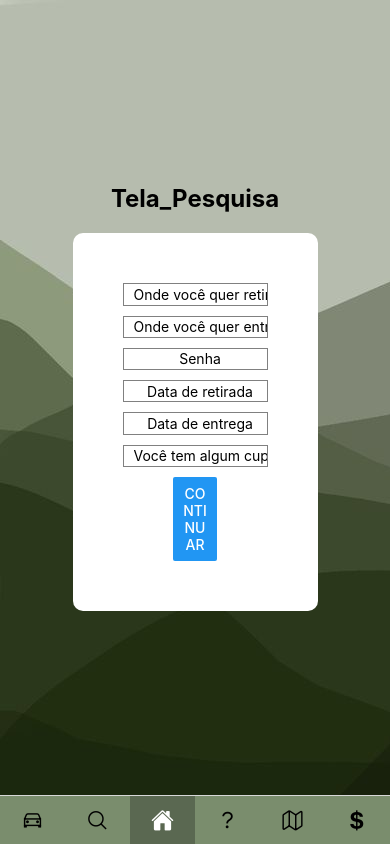
Repository: GabrielAron/EcoWheels
Page: /Home
The author's editor kept a copy of each file at every save. The page is drawn from the files as they stood at one save, then again after the next save.
The browser window is 390 px wide. The pictures show the whole page.
The app was drawn by React Native's web renderer in a window 390 px wide. The project was rebuilt for these pictures with package versions that can differ from the ones it lists, and the page was loaded fresh each time. Also part of the build but not shown: src/Paginas/Carros/index.js, src/Paginas/Ajuda/index.js, src/Paginas/Mapa/index.js, src/Paginas/Pagamento/pagamento.js.

Above is the page before, as saved 2023-11-24 14:39:37.

### App.js
import React from 'react';
import Routes from './src/Paginas/routes';
import { ReservaProvider } from './src/Paginas/ReservaContext';


function App() {
  return (
    <ReservaProvider>
      <Routes />
    </ReservaProvider>
  );
}

export default App;

### src/Paginas/routes.js
import React from 'react';
import { createBottomTabNavigator } from '@react-navigation/bottom-tabs';
import { NavigationContainer } from '@react-navigation/native';
import { Ionicons } from '@expo/vector-icons';

import Home from './Home';
import Explorar from './Carros';
import Ajuda from './Ajuda';
import Reservas from './Locacoes';
import Recarga from './Mapa';
import Pagamento from './Pagamento/pagamento';

const Tab = createBottomTabNavigator();

export default function Routes() {
  return (
    <NavigationContainer>
      <Tab.Navigator
        tabBarOptions={{
          showLabel: false, // Oculta as etiquetas de texto das guias
          tabBarStyle: {
            position: 'absolute',
            backgroundColor: '#7A8D6D',
            height:700,
          },
          tabStyle: {
            elevation: 0,
          },
          inactiveBackgroundColor: '#7A8D6D',
          activeBackgroundColor: '#5A6851',
        }}
      >
        <Tab.Screen
          name="Reservas"
          component={Reservas}
          options={{
            headerShown: false,
            tabBarIcon: ({ color, size, focused }) => {
              if (focused) {
                return <Ionicons name="md-car" size={23} color="#FFF" />;
              } else {
                return <Ionicons name="md-car-outline" size={23} color="#000000" />;
              }
            },
          }}
        />
        <Tab.Screen
          name="Explorar"
          component={Explorar}
          options={{
            headerShown: false,
            tabBarIcon: ({ color, size, focused }) => {
              if (focused) {
                return <Ionicons name="md-search" size={23} color="#FFF" />;
              } else {
                return <Ionicons name="md-search-outline" size={23} color="#000000" />;
              }
            },
          }}
        />
        <Tab.Screen
          name="Home"
          component={Home}
          options={{
            headerShown: false,
            tabBarIcon: ({ color, size, focused }) => {
              if (focused) {
                return <Ionicons name="md-home" size={23} color="#FFF" />;
              } else {
                return <Ionicons name="md-home-outline" size={23} color="#000000" />;
              }
            },
          }}
        />
        <Tab.Screen
          name="Ajuda"
          component={Ajuda}
          options={{
            headerShown: false,
            tabBarIcon: ({ color, size, focused }) => {
              if (focused) {
                return <Ionicons name="md-help" size={23} color="#FFF" />;
              } else {
                return <Ionicons name="md-help-outline" size={23} color="#000000" />;
              }
            },
          }}
        />
        <Tab.Screen
          name="Recarga"
          component={Recarga}
          options={{
            headerShown: false,
            tabBarIcon: ({ color, size, focused }) => {
              if (focused) {
                return <Ionicons name="md-map" size={23} color="#FFF" />;
              } else {
                return <Ionicons name="md-map-outline" size={23} color="#000000" />;
              }
            },
          }}
        />
         <Tab.Screen
          name="Pagamento"
          component={Pagamento}
          options={{
            headerShown: false,
            tabBarIcon: ({ color, size, focused }) => {
              if (focused) {
                return <Ionicons name="logo-usd" size={23} color="#FFF" />;

              } else {
                return <Ionicons name="logo-usd" size={23} color="#000000" />;
              }
            },
          }}
        />
      </Tab.Navigator>
    </NavigationContainer>
  );
}

### src/Paginas/ReservaContext.js
import React, { createContext, useState } from 'react';

export const ReservaContext = createContext();

export const ReservaProvider = ({ children }) => {
  const [reservas, setReservas] = useState([]);

  return (
    <ReservaContext.Provider value={{ reservas, setReservas }}>
      {children}
    </ReservaContext.Provider>
  );
};

### src/Paginas/Home/index.js
import React from 'react';
import { View, Text, TextInput, Button, StyleSheet, ImageBackground } from 'react-native';
import Fundo from '/imagens/fundoverde.jpg';

export default function App() {
  return (
    <ImageBackground source={Fundo} style={styles.image}>
      <View style={styles.container}>
        <Text style={styles.title}>Tela_Pesquisa</Text>
        <View style={styles.formContainer}>
          <TextInput style={styles.input} placeholder="Onde você quer retirar o carro" />
          <TextInput style={styles.input} placeholder="Onde você quer entregar o carro" />
          <TextInput style={styles.input} placeholder="Senha" secureTextEntry={true} />
          <TextInput style={styles.input} placeholder="Data de retirada" />
          <TextInput style={styles.input} placeholder="Data de entrega" />
          <TextInput style={styles.input} placeholder="Você tem algum cupom de desconto?" />
          <View style={styles.buttonContainer}>
            <Button title="Continuar" onPress={() => {}} />
          </View>
        </View>
      </View>
    </ImageBackground>
  );
}

const styles = StyleSheet.create({
  container: {
    flex: 1,
    justifyContent: 'center',
    padding: 20,
  },
  image: {
    flex: 1,
    resizeMode: 'cover',
    justifyContent: 'center',
  },
  title: {
    fontSize: 24,
    fontWeight: 'bold',
    textAlign: 'center',
    marginBottom: 20,
  },
  input: {
    height: 40,
    borderColor: 'gray',
    borderWidth: 1,
    marginBottom: 10,
    paddingLeft: 10,
    textAlign: 'center',
  },
  formContainer: {
    backgroundColor: 'white',
    borderRadius: 10,
    padding: 50,
    width: '70%',
    height:'50%',
    alignSelf: 'center',
  },
  buttonContainer: {
    width: '30%',
    alignSelf: 'center',
  },
});

### src/Paginas/Locacoes/index.js
import React, { useState, useContext } from 'react';
import { View, Text, ImageBackground, Button, StyleSheet, ScrollView, Modal, Alert } from 'react-native';
import Fundo from '/imagens/fundoverde.jpg';
import { ReservaContext } from '../ReservaContext'; // Atualize o caminho conforme necessário

const Card = ({ id, title, image }) => {
  const [modalVisible, setModalVisible] = useState(false);
  const { reservas, setReservas } = useContext(ReservaContext);
  const [carros, setCarros] = useState([

      { id: 1, title: "QUALIDADE PARA UM CONFORTO E ÓTIMO PASSEIO - Exquisite Cruiser 1.8", image: "https://cdn.leonardo.ai/users/cf8d0bec-5da3-4e6a-aed2-13735b2a6925/generations/a40b4ef5-35ec-4e32-a5ff-cc2ef5e85345/PhotoReal_make_a_background_image_for_a_cell_phone_application_2.jpg?w=512" },
      { id: 2, title: "DESIGN E CONFORTO EM UM - Rider GT 3.0", image: "https://cdn.leonardo.ai/users/cf8d0bec-5da3-4e6a-aed2-13735b2a6925/generations/a40b4ef5-35ec-4e32-a5ff-cc2ef5e85345/PhotoReal_make_a_background_image_for_a_cell_phone_application_3.jpg?w=512" },
      { id: 3, title: "FORÇA PARA DESAFIOS OFF-Road - Viper GT 3.0 ", image: "https://cdn.leonardo.ai/users/cf8d0bec-5da3-4e6a-aed2-13735b2a6925/generations/a0fe3adc-2c2f-4336-bc49-e57599170dd1/PhotoReal_faa_um_hummer_eltrico_novo_andando_por_uma_cidade_3.jpg?w=512" },
      { id: 4, title: "UM CARRO ANTIGO E ESTILOSO PARA OS AMANTES DE CLÁSSICOS - Bentley 1.8", image: "https://cdn.leonardo.ai/users/cf8d0bec-5da3-4e6a-aed2-13735b2a6925/generations/c6457b66-6149-4c4d-8408-99c27071dc1e/PhotoReal_faa_um_carro_eletrico_executivo_andando_por_uma_cida_0.jpg?w=512" },
      { id: 5, title: "UM CARRO VERSÁTIL QUE ATENDE A TODAS AS NECESSIDADES FLEXUS X 1.0", image: "https://cdn.leonardo.ai/users/cf8d0bec-5da3-4e6a-aed2-13735b2a6925/generations/f62f0f84-2ea5-4c9d-a4e3-33ade848f3b2/PhotoReal_make_a_background_image_for_a_cell_phone_application_3.jpg?w=512" },
      { id: 6, title: "UMA OPÇÃO PERFEITA PARA QUEM BUSCA PRATICIDADE E CONFORTO - LUXURY DRIVE 1.6", image: "https://cdn.leonardo.ai/users/cf8d0bec-5da3-4e6a-aed2-13735b2a6925/generations/589507b8-d87b-4a85-b05e-c325ccebd6b6/PhotoReal_make_a_background_image_for_a_cell_phone_application_1.jpg?w=512" },
      { id: 7, title: "UM CARRO ESPORTIVO COM DESEMPENHO DE ALTA POTÊNCIA Vortex GT 5.0", image: "https://fotos-jornaldocarro-estadao.nyc3.cdn.digitaloceanspaces.com/wp-content/uploads/2023/01/13072602/Carro_esportivo.jpg" },
    ]);


  return (
    <View style={styles.card}>
      <ImageBackground source={{ uri: image }} style={styles.image}>
        <View style={styles.content}>
          <Text style={styles.title}>{title}</Text>
          <Button title="Reservar" onPress={() => setModalVisible(true)} />
        </View>
      </ImageBackground>

      <Modal
        animationType="slide"
        transparent={true}
        visible={modalVisible}
        onRequestClose={() => {
          Alert.alert("Modal has been closed.");
          setModalVisible(!modalVisible);
        }}
      >
        <View style={styles.centeredView}>
          <View style={styles.modalView}>
            <Text style={styles.modalText}>Deseja mesmo reservar o carro?</Text>

            <Button
              style={[styles.button, styles.buttonClose]}
              onPress={() => {
                setReservas([...reservas, { id, title, image }]);
                setCarros(carros.filter(carro => carro.id !== id));
                setModalVisible(!modalVisible);
              }}
              title="Sim"
            />
            <Button
              style={[styles.button, styles.buttonCancel]}
              onPress={() => setModalVisible(!modalVisible)}
              title="Não"
            />
          </View>
        </View>
      </Modal>
    </View>
  );
};

export default function Reservas() {
  return (
    <View style={styles.container}>
      <ImageBackground source={Fundo} style={styles.image}>
        <Text style={styles.text}>Carros</Text>
        <View style={styles.cardContainer}>
          <ScrollView showsVerticalScrollIndicator={false}>
            <Card id={1} title="QUALIDADE PARA UM CONFORTO E ÓTIMO PASSEIO - Exquisite Cruiser 1.8" image="https://cdn.leonardo.ai/users/cf8d0bec-5da3-4e6a-aed2-13735b2a6925/generations/a40b4ef5-35ec-4e32-a5ff-cc2ef5e85345/PhotoReal_make_a_background_image_for_a_cell_phone_application_2.jpg?w=512" />
            <Card id={2} title="DESIGN E CONFORTO EM UM - Rider GT 3.0" image="https://cdn.leonardo.ai/users/cf8d0bec-5da3-4e6a-aed2-13735b2a6925/generations/a40b4ef5-35ec-4e32-a5ff-cc2ef5e85345/PhotoReal_make_a_background_image_for_a_cell_phone_application_3.jpg?w=512" />
            <Card id={3} title="FORÇA PARA DESAFIOS OFF-Road - Viper GT 3.0 " image="https://cdn.leonardo.ai/users/cf8d0bec-5da3-4e6a-aed2-13735b2a6925/generations/a0fe3adc-2c2f-4336-bc49-e57599170dd1/PhotoReal_faa_um_hummer_eltrico_novo_andando_por_uma_cidade_3.jpg?w=512" />
            <Card id={4} title="UM CARRO ANTIGO E ESTILOSO PARA OS AMANTES DE CLÁSSICOS - Bentley 1.8" image="https://cdn.leonardo.ai/users/cf8d0bec-5da3-4e6a-aed2-13735b2a6925/generations/c6457b66-6149-4c4d-8408-99c27071dc1e/PhotoReal_faa_um_carro_eletrico_executivo_andando_por_uma_cida_0.jpg?w=512" />
            <Card id={5} title="UM CARRO VERSÁTIL QUE ATENDE A TODAS AS NECESSIDADES FLEXUS X 1.0" image="https://cdn.leonardo.ai/users/cf8d0bec-5da3-4e6a-aed2-13735b2a6925/generations/f62f0f84-2ea5-4c9d-a4e3-33ade848f3b2/PhotoReal_make_a_background_image_for_a_cell_phone_application_3.jpg?w=512" />
            <Card id={6} title="UMA OPÇÃO PERFEITA PARA QUEM BUSCA PRATICIDADE E CONFORTO - LUXURY DRIVE 1.6" image="https://cdn.leonardo.ai/users/cf8d0bec-5da3-4e6a-aed2-13735b2a6925/generations/589507b8-d87b-4a85-b05e-c325ccebd6b6/PhotoReal_make_a_background_image_for_a_cell_phone_application_1.jpg?w=512" />
            <Card id={7} title="UM CARRO ESPORTIVO COM DESEMPENHO DE ALTA POTÊNCIA Vortex GT 5.0" image="https://fotos-jornaldocarro-estadao.nyc3.cdn.digitaloceanspaces.com/wp-content/uploads/2023/01/13072602/Carro_esportivo.jpg" />
          </ScrollView>
        </View>
      </ImageBackground>
    </View>
  );
}


const styles = StyleSheet.create({
  container: {
    flex: 1,
  },
  image: {
    flex: 1,
    resizeMode: 'cover',
    justifyContent: 'center',
  },
  text: {
    color: '#fffbff',
    fontSize: 36,
    position: 'absolute',
    top: 50,
    left: 0,
    right: 0,
    fontWeight: 'bold',
    textAlign: 'center',
  },
  cardContainer: {
    flex: 1,
    alignItems: 'center',
    justifyContent: 'center',
    paddingTop: 200,
    paddingLeft: 75,
  },
  card: {
    width: '90%',
    height: 200,
    marginBottom: 45,
    borderRadius: 10,
    overflow: 'hidden',
  },
  image: {
    flex: 1,
    resizeMode: 'cover',
    justifyContent: 'center',
  },
  content: {
    padding: 10,
    alignItems: 'center',
    justifyContent: 'center',
  },
  title: {
    fontSize: 16,
    fontWeight: 'bold',
    color: '#fffbff',
  },
  overlay: {
    ...StyleSheet.absoluteFillObject,
    backgroundColor: 'rgba(128, 128, 128, 0.5)',
  },
  centeredView: {
    flex: 1,
    justifyContent: "center",
    alignItems: "center",
    marginTop: 22
  },
  modalView: {
    margin: 20,
    backgroundColor: "white",
    borderRadius: 20,
    padding: 35,
    alignItems: "center",
    shadowColor: "#000",
    shadowOffset: {
      width: 0,
      height: 2
    },
    shadowOpacity: 0.25,
    shadowRadius: 4,
    elevation: 5
  },
  button: {
    borderRadius: 20,
    padding: 10,
    elevation: 2
  },
  buttonClose: {
    backgroundColor: "#2196F3",
  },
  buttonCancel: {
    backgroundColor: "#f00",
  },
  modalText: {
    marginBottom: 15,
    textAlign: "center"
  }
});

After the next save:
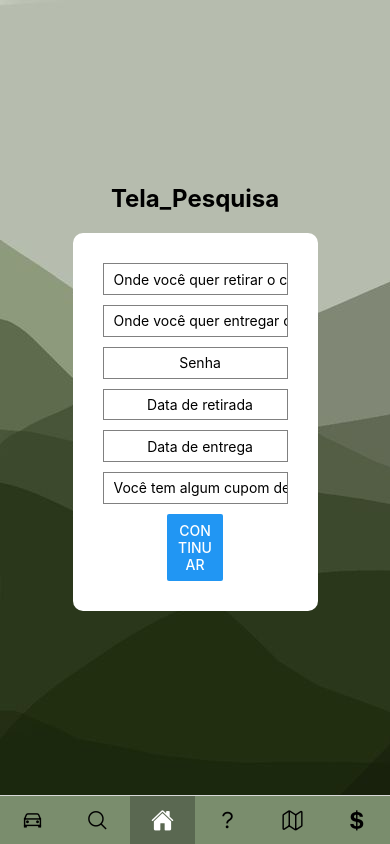
Saved 10 s later.
--- a/src/Paginas/Home/index.js
+++ b/src/Paginas/Home/index.js
@@ -51,7 +51,7 @@ const styles = StyleSheet.create({
   formContainer: {
     backgroundColor: 'white',
     borderRadius: 10,
-    padding: 50,
+    padding: 30,
     width: '70%',
     height:'50%',
     alignSelf: 'center',
